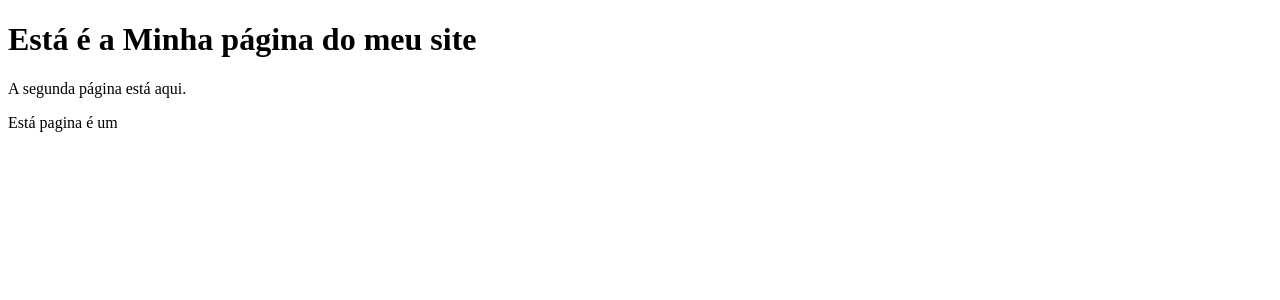
Repository: Guillermomarcon/exercicios
Page: ex0010/index2.html
These files come from the project's save history. The page is drawn as it stood at one moment and after a run of saves; the edit follows.
The browser window is 1280 px wide. The pictures show the whole page.

Above is the page before, as saved 2020-12-14 00:08:19.

### ex0010/index2.html
<!DOCTYPE html>
<html lang="pt-br">
<head>
    <meta charset="UTF-8">
    <meta name="viewport" content="width=device-width, initial-scale=1.0">
    <title>Pagina 02</title>
</head>
<body>
    <h1>Está é a Minha página do meu site</h1>
    <p>A segunda página está aqui.</p>
    <p>Está pagina é um </p>

</body>
</html>

After the next 3 saves:
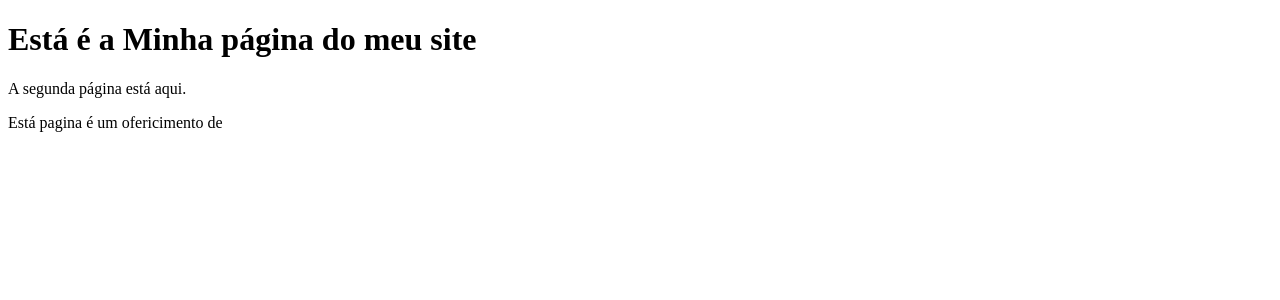
The 3 saves are shown as one change because they came seconds apart.
The last was saved 7 s later.
--- a/ex0010/index2.html
+++ b/ex0010/index2.html
@@ -8,7 +8,7 @@
 <body>
     <h1>Está é a Minha página do meu site</h1>
     <p>A segunda página está aqui.</p>
-    <p>Está pagina é um </p>
+    <p>Está pagina é um ofericimento de <a href=""></a></p>
 
 </body>
 </html>
